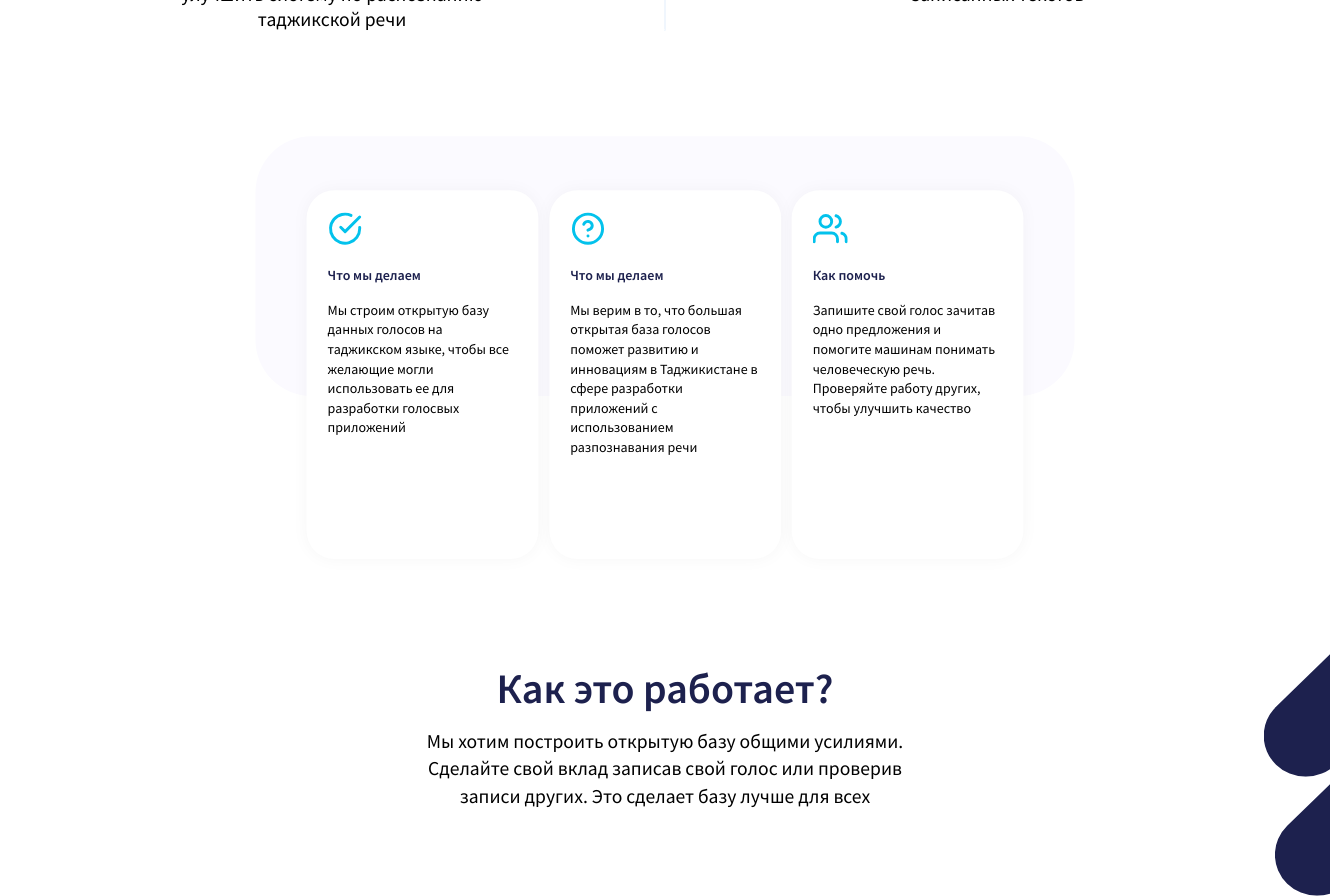
Repository: Amin444/Paymona-Sadp
Page: index.html
An editor plug-in stored every save of this project. The page is shown before and after the next save, followed by the edit.
The browser window is 1280 px wide. The page is 1900 px wide, so the pictures cover 1900 px, including what lies to the right of the window. The pictures show the part of the page from y = 804 to 2084 px (the page is 2084 px tall), at 70% of full size.

Above is the page before, as saved 2021-11-11 18:18:12.

After the next save:
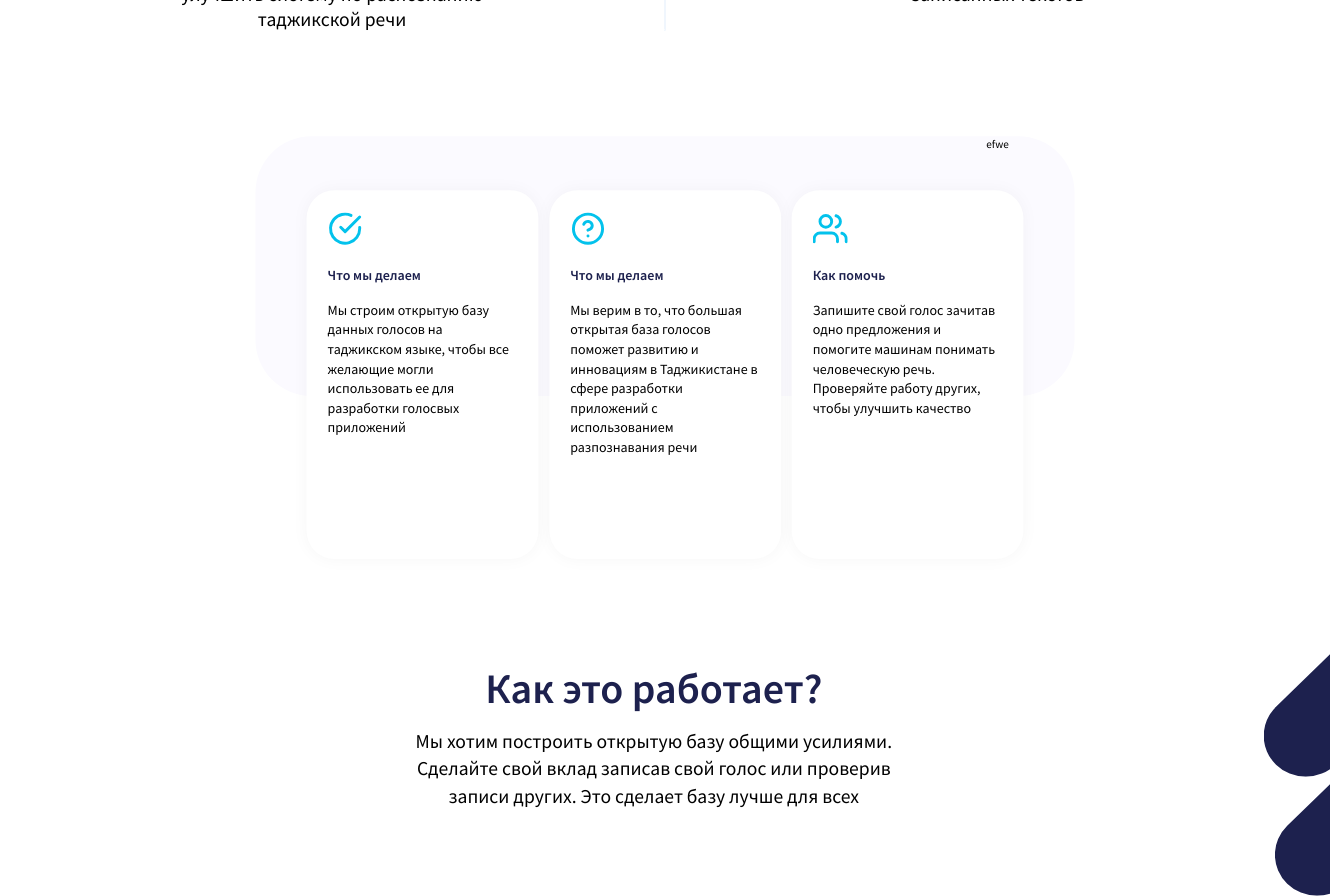
Saved 49 s later.
--- a/index.html
+++ b/index.html
@@ -111,7 +111,7 @@
               Это сделает базу лучше для всех</p>
           </div>
           <div class="example">
-
+              efwe
           </div>
         </div>
 
